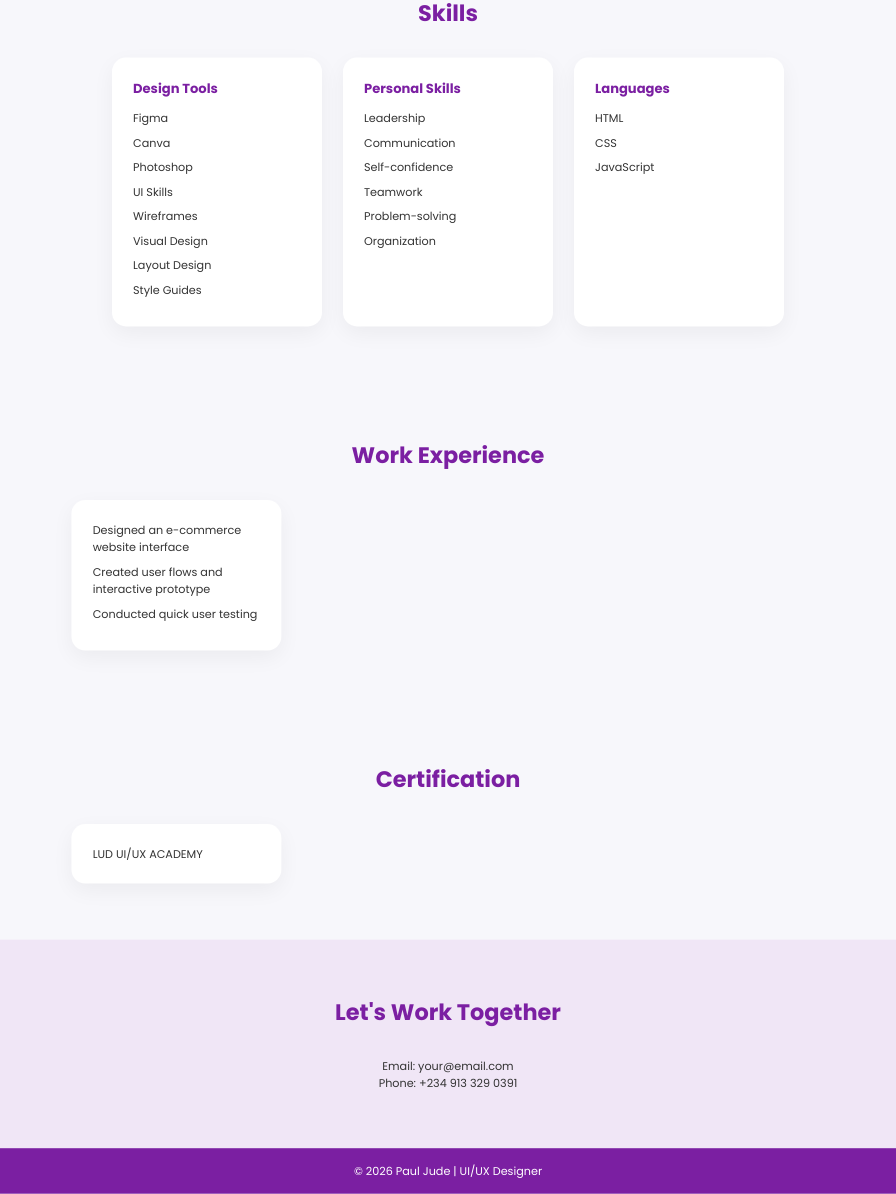
Repository: Paulo-930/UI-UX-Portfolio
Page: index.html
The author's editor kept a copy of each file at every save. The page is drawn from the files as they stood at one save, then again after the next save.
The browser window is 1280 px wide. The pictures show the part of the page from y = 816 to 2736 px (the page is 2521 px tall before and 2736 px after), at 70% of full size.
A picture or video elsewhere on the page could not be fetched, so the positions and the page height are approximate.

Above is the page before, as saved 2026-02-23 10:52:03.

### index.html
<!DOCTYPE html>
<html lang="en">
<head>
  <meta charset="UTF-8" />
  <meta name="viewport" content="width=device-width, initial-scale=1.0" />
  <title>Paul Jude | UI/UX Designer</title>
  <link rel="stylesheet" href="style.css" />
  <link href="https://fonts.googleapis.com/css2?family=Poppins:wght@300;400;600;700&display=swap" rel="stylesheet">
</head>
<body>

  <!-- HEADER -->
  <header class="navbar">
    <h2 class="logo">Paul Jude</h2>
    <nav>
      <a href="#about">About</a>
      <a href="#skills">Skills</a>
      <a href="#experience">Experience</a>
      <a href="#certification">Certification</a>
      <a href="#contact">Contact</a>
    </nav>
  </header>

  <!-- HERO SECTION -->
  <section class="hero">
    <div class="hero-text">
      <h1>UI/UX Designer</h1>
      <p>I design user-centered digital experiences that are clean, modern and intuitive.</p>
      <a href="#contact" class="btn">Hire Me</a>
    </div>

    <div class="hero-image">
      <img src="profile.jpg" alt="Paul Jude">
    </div>
  </section>

  <!-- ABOUT -->
  <section id="about" class="section">
    <h2>About Me</h2>
    <p>
      I bring a strong understanding of user flows, wireframes, and responsive design,
      helping teams build digital products that solve real user problems.
    </p>
  </section>

  <!-- SKILLS -->
  <section id="skills" class="section">
    <h2>Skills</h2>

    <div class="skills-grid">
      <div class="card">
        <h3>Design Tools</h3>
        <ul>
          <li>Figma</li>
          <li>Canva</li>
          <li>Photoshop</li>
          <li>UI Skills</li>
          <li>Wireframes</li>
          <li>Visual Design</li>
          <li>Layout Design</li>
          <li>Style Guides</li>
        </ul>
      </div>

      <div class="card">
        <h3>Personal Skills</h3>
        <ul>
          <li>Leadership</li>
          <li>Communication</li>
          <li>Self-confidence</li>
          <li>Teamwork</li>
          <li>Problem-solving</li>
          <li>Organization</li>
        </ul>
      </div>

      <div class="card">
        <h3>Languages</h3>
        <ul>
          <li>HTML</li>
          <li>CSS</li>
          <li>JavaScript</li>
        </ul>
      </div>
    </div>
  </section>

  <!-- EXPERIENCE -->
  <section id="experience" class="section">
    <h2>Work Experience</h2>
    <div class="card">
      <ul>
        <li>Designed an e-commerce website interface</li>
        <li>Created user flows and interactive prototype</li>
        <li>Conducted quick user testing</li>
      </ul>
    </div>
  </section>

  <!-- CERTIFICATION -->
  <section id="certification" class="section">
    <h2>Certification</h2>
    <div class="card">
      <p>LUD UI/UX ACADEMY</p>
    </div>
  </section>

  <!-- CONTACT -->
  <section id="contact" class="section contact">
    <h2>Let's Work Together</h2>
    <p>Email: your@email.com</p>
    <p>Phone: +234 913 329 0391</p>
  </section>

  <footer>
    <p>© 2026 Paul Jude | UI/UX Designer</p>
  </footer>

</body>
</html>

### style.css
* {
  margin: 0;
  padding: 0;
  box-sizing: border-box;
  scroll-behavior: smooth;
}

body {
  font-family: 'Poppins', sans-serif;
  background: #f7f7fb;
  color: #333;
}

/* NAVBAR */
.navbar {
  display: flex;
  justify-content: space-between;
  align-items: center;
  padding: 20px 8%;
  background: #7b1fa2;
  color: white;
  position: sticky;
  top: 0;
}

.navbar nav a {
  color: white;
  text-decoration: none;
  margin-left: 20px;
  font-weight: 500;
}

.navbar nav a:hover {
  opacity: 0.7;
}

/* HERO */
.hero {
  display: flex;
  align-items: center;
  justify-content: space-between;
  padding: 80px 8%;
  background: linear-gradient(135deg, #7b1fa2, #9c27b0);
  color: white;
  flex-wrap: wrap;
}

.hero-text {
  max-width: 500px;
}

.hero h1 {
  font-size: 48px;
  margin-bottom: 20px;
}

.hero p {
  margin-bottom: 30px;
}

.btn {
  background: white;
  color: #7b1fa2;
  padding: 12px 24px;
  border-radius: 30px;
  text-decoration: none;
  font-weight: 600;
}

.hero-image img {
  width: 250px;
  border-radius: 20px;
  border: 4px solid white;
}

/* SECTIONS */
.section {
  padding: 80px 8%;
  text-align: center;
}

.section h2 {
  font-size: 32px;
  margin-bottom: 40px;
  color: #7b1fa2;
}

/* CARDS */
.skills-grid {
  display: flex;
  gap: 30px;
  flex-wrap: wrap;
  justify-content: center;
}

.card {
  background: white;
  padding: 30px;
  border-radius: 20px;
  box-shadow: 0 10px 30px rgba(0,0,0,0.05);
  max-width: 300px;
  width: 100%;
  text-align: left;
}

.card h3 {
  margin-bottom: 15px;
  color: #7b1fa2;
}

.card ul {
  list-style: none;
}

.card ul li {
  margin-bottom: 10px;
}

/* CONTACT */
.contact {
  background: #f0e6f6;
}

/* FOOTER */
footer {
  padding: 20px;
  text-align: center;
  background: #7b1fa2;
  color: white;
}

/* RESPONSIVE */
@media (max-width: 768px) {
  .hero {
    flex-direction: column;
    text-align: center;
  }

  .hero-image {
    margin-top: 30px;
  }

  .navbar nav {
    display: none;
  }
}

After the next save:
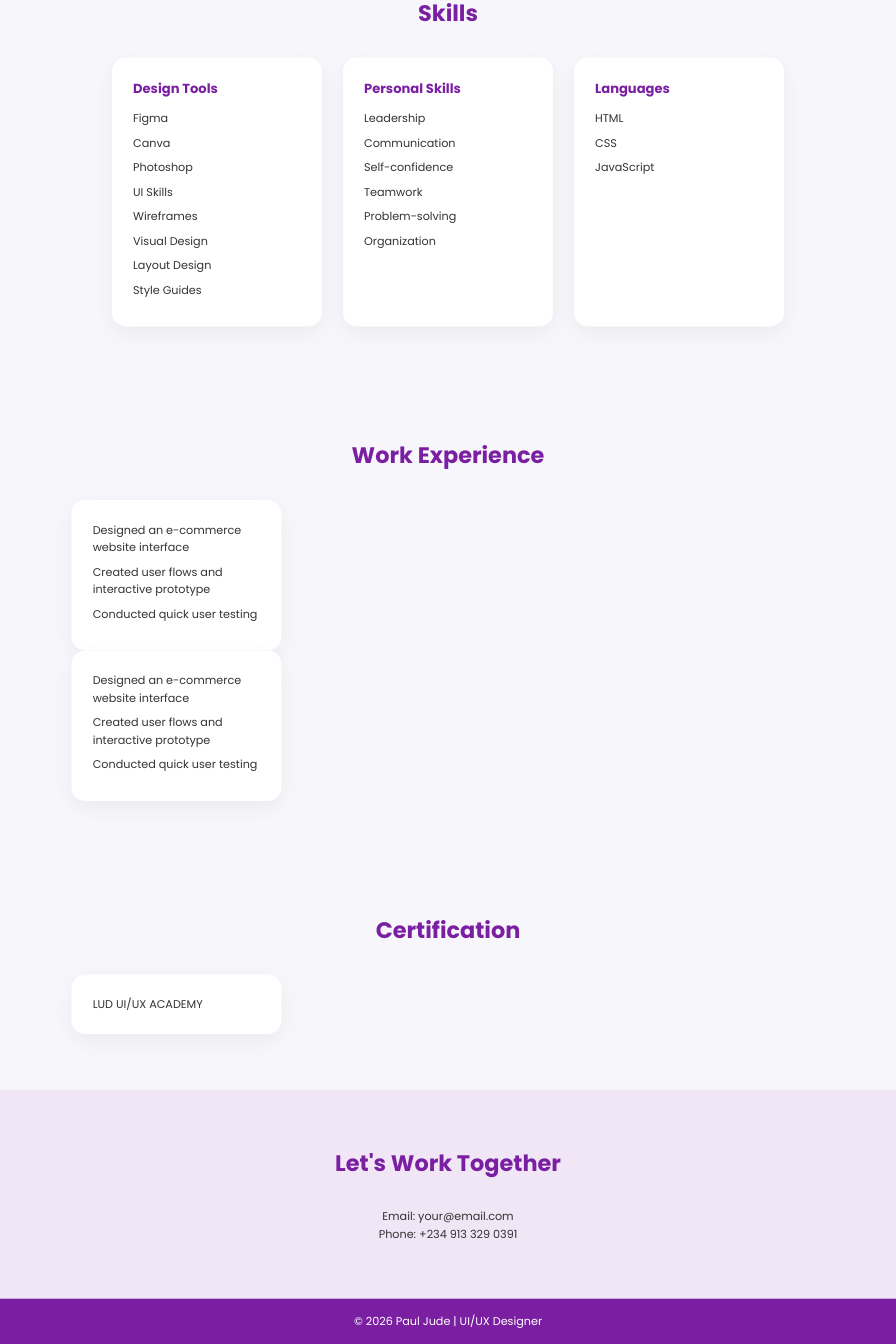
Saved 6 min 55 s later.
--- a/index.html
+++ b/index.html
@@ -95,6 +95,13 @@
         <li>Conducted quick user testing</li>
       </ul>
     </div>
+    <div class="card">
+      <ul>
+        <li>Designed an e-commerce website interface</li>
+        <li>Created user flows and interactive prototype</li>
+        <li>Conducted quick user testing</li>
+      </ul>
+    </div>
   </section>
 
   <!-- CERTIFICATION -->
